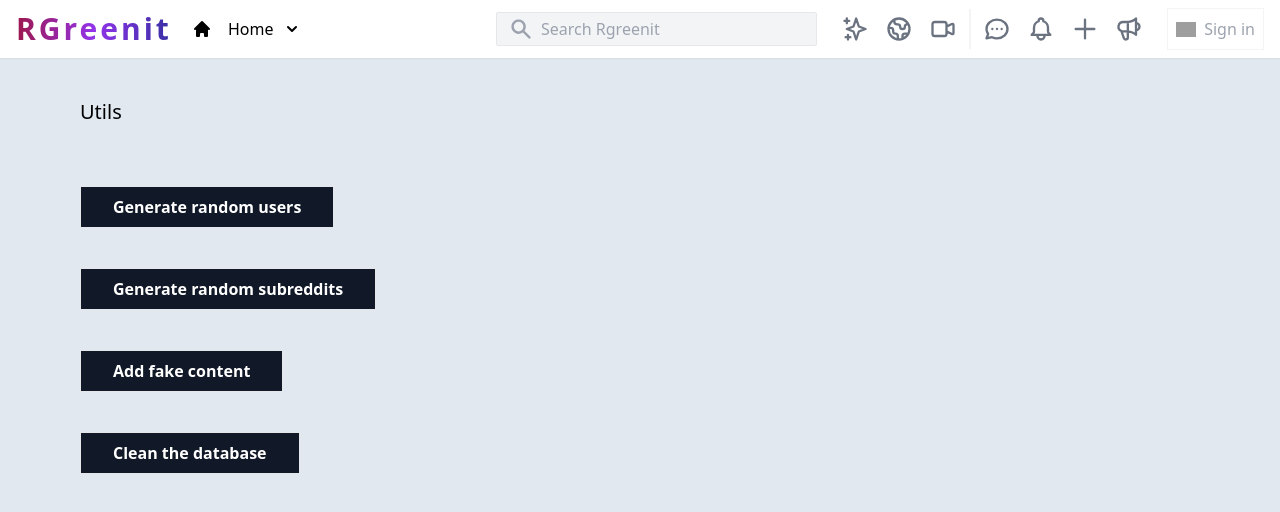
Repository: ITDevSolution/RGreen-it
Page: /utils
An editor plug-in stored every save of this project. The page is shown before and after the next save, followed by the edit.
The browser window is 1280 px wide. The pictures show the whole page.
Pictures or frames that could not be fetched are drawn as grey boxes. The page's requests for data from a server got no answer. The project was rebuilt for these pictures with package versions that can differ from the ones it lists, and the page was loaded fresh each time. The framework's server and built-in components were replaced by stand-ins that run in the browser. No one was signed in, and anything a server would have sent is missing. Also part of the build but not shown: next.config.js.

Above is the page before, as saved 2022-07-08 12:39:10.

### pages/_app.js
import "../styles/globals.css"
import { SessionProvider } from "next-auth/react"
import Header from "components/Header"

import { Toaster } from "react-hot-toast"

function MyApp({ Component, pageProps: { session, ...pageProps } }) {
  return (
    <SessionProvider session={session}>
      <Toaster />
      <div className="h-screen overflow-y-scroll bg-slate-200 ">
        <Header />
        <Component {...pageProps} />
      </div>
    </SessionProvider>
  )
}

export default MyApp

### pages/utils.js
import React from "react"

export default function Utils() {
  const tasks = [
    { task: "generate_users", description: "Generate random users" },
    { task: "generate_subreddits", description: "Generate random subreddits" },
    { task: "add_fake_content", description: "Add fake content" },
    { task: "clean_database", description: "Clean the database" },
  ]

  const Button = ({ task }) => (
    <div className="flex-1 mb-5">
      <button
        onClick={async () => {
          await fetch("/api/utils", {
            body: JSON.stringify({
              task: task.task,
            }),
            headers: {
              "Content-Type": "application/json",
            },
            method: "POST",
          })
        }}
        className="border px-8 py-2 mt-5 mr-8 font-bold rouned-full bg-gray-900 text-white"
      >
        {task.description}
      </button>
    </div>
  )
  return (
    <div className="mt-10  ml-20">
      <h2 className="mb-10 text-xl">Utils</h2>
      {tasks.map((task, index) => (
        <Button key={index} task={task} />
      ))}
    </div>
  )
}

### styles/globals.css
@tailwind base;
@tailwind components;
@tailwind utilities;

@layer components {
    .icon{
        @apply h-9 w-6 lg:w-9 cursor-pointer rounded-sm lg:p-1 lg:hover:bg-gray-100
    }

    .voteButtons {
        @apply h-6 w-6 hover:bg-gray-200 p-1 rounded-md
    }

    .postButtons {
        @apply flex items-center space-x-1 text-sm font-light p-2 hover:bg-gray-100 cursor-pointer rounded-sm
    }
}

### components/Header.js
import Image from "next/image"
import React from "react"
import {
  ChevronDownIcon,
  HomeIcon,
  MenuIcon,
  SearchIcon,
} from "@heroicons/react/solid"
import {
  BellIcon,
  ChatIcon,
  GlobeIcon,
  PlusIcon,
  SparklesIcon,
  SpeakerphoneIcon,
  VideoCameraIcon,
} from "@heroicons/react/outline"
import { signIn, signOut, useSession } from "next-auth/react"
import Link from "next/link"

function Header() {
  const { data: session, status } = useSession()

  return (
    <div className="sticky inset-x-0 top-0 z-50 flex items-center justify-between bg-white px-4 py-2 shadow-sm  ">
      {/* logo */}
      <div className="flex grow-0 basis-1/3 h-10 w-20 flex-shrink-0 cursor-pointer mr-16 md:justify-start justify-center ">
        <Link href={`/`}>
          {/* <Image
            src={`https://res.cloudinary.com/joeloff-dev/image/upload/v1656506700/Reddit_logo_new.svg_mxmb5x.png`}
            layout="fill"
            objectFit="contain"
          /> */}
          <a className="my-auto flex w-[140px] md:ml-0">
            <span className="bg-gradient-to-r from-pink-800 via-purple-600 to-indigo-800 bg-clip-text align-middle text-3xl font-black tracking-widest text-transparent ">
              RGreenit
            </span>
          </a>
        </Link>
        {/* Home */}
        <div className="hidden mx-7 md:flex md:ml-2 gap-2 items-center md:px-7">
          <HomeIcon className="h-5 w-5" />
          <p className="ml-2 hidden flex-1 lg:inline">Home</p>
          <ChevronDownIcon className="h-5 w-5" />
        </div>
      </div>

      {/* Search box */}
      <form className="hidden md:flex md:flex-1 items-center space-x-2 rounded-sm border border-gray-200 bg-gray-100 px-3 py-1 ">
        <SearchIcon className="h-6 w-6 text-gray-400" />
        <input
          type="text"
          placeholder="Search Rgreenit"
          className="flex-1 bg-transparent outline-none"
        />
        <button type="submit" hidden></button>
      </form>
      {/* User Action icons */}
      <div className="hidden lg:inline-flex text-gray-500 space-x-2 items-center mx-5">
        <SparklesIcon className="icon" />
        <GlobeIcon className="icon" />
        <VideoCameraIcon className="icon" />
        <hr className="h-10 border border-gray-100" />
        <ChatIcon className="icon" />
        <BellIcon className="icon" />
        <PlusIcon className="icon" />
        <SpeakerphoneIcon className="icon" />
      </div>
      {/* Menu mobile */}
      <div className="flex lg:hidden pl-4">
        <MenuIcon className="icon" />
      </div>

      {/* Sign in / Sign Out button */}
      {session ? (
        <div
          onClick={() => signOut()}
          className="hidden lg:flex items-center space-x-2 border border-gray-100 p-2 cursor-pointer"
        >
          {/* wrap Image */}
          <div className="relative h-5 w-5 flex-shrink-0">
            <Image
              src={`https://res.cloudinary.com/joeloff-dev/image/upload/v1656522740/reddit-icon-robot_sell1a.png`}
              layout="fill"
              objectFit="contain"
            />
          </div>
          {/* text signin */}
          <div className="flex-1 text-xs">
            <p className="truncate">{session?.user?.name}</p>
            <p className="text-gray-400">1 Karma</p>
          </div>
          <ChevronDownIcon className="h-5 flex-shrink-0 text-gray-400" />
        </div>
      ) : (
        <div
          onClick={() => signIn()}
          className="hidden lg:flex items-center space-x-2 border border-gray-100 p-2 cursor-pointer"
        >
          {/* wrap Image */}
          <div className="relative h-5 w-5 flex-shrink-0">
            <Image
              src={`https://res.cloudinary.com/joeloff-dev/image/upload/v1656522740/reddit-icon-robot_sell1a.png`}
              layout="fill"
              objectFit="contain"
            />
          </div>
          {/* text signin */}
          <p className="text-gray-400">Sign in</p>
        </div>
      )}
    </div>
  )
}

export default Header

Loaded but not shown: tailwind.config.js (common file)

After the next save:
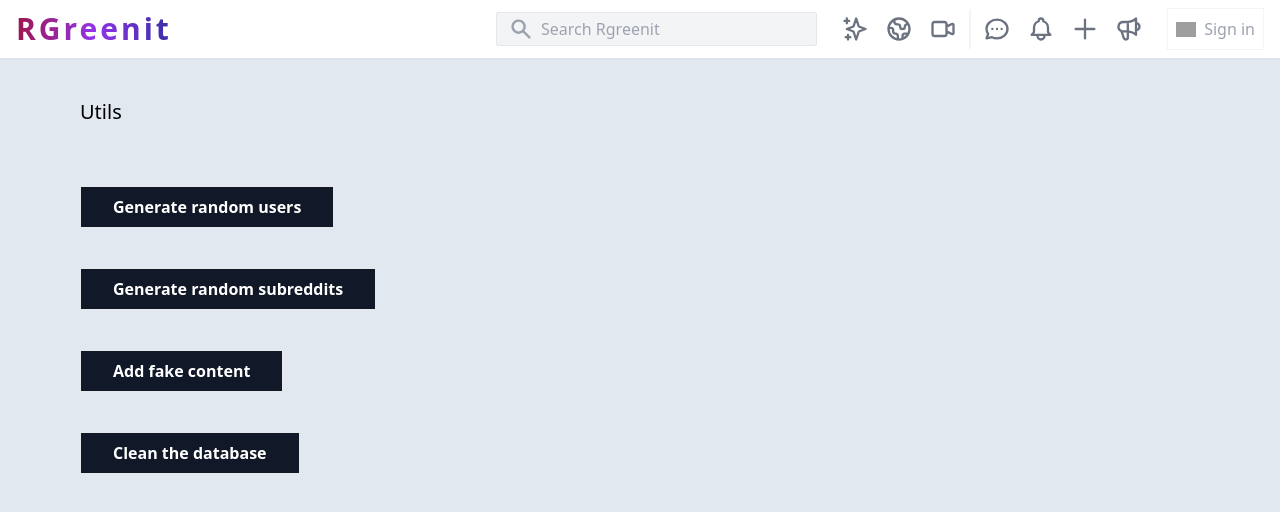
Saved 65 s later.
--- a/components/Header.js
+++ b/components/Header.js
@@ -38,11 +38,6 @@
           </a>
         </Link>
         {/* Home */}
-        <div className="hidden mx-7 md:flex md:ml-2 gap-2 items-center md:px-7">
-          <HomeIcon className="h-5 w-5" />
-          <p className="ml-2 hidden flex-1 lg:inline">Home</p>
-          <ChevronDownIcon className="h-5 w-5" />
-        </div>
       </div>
 
       {/* Search box */}

After the save that followed:
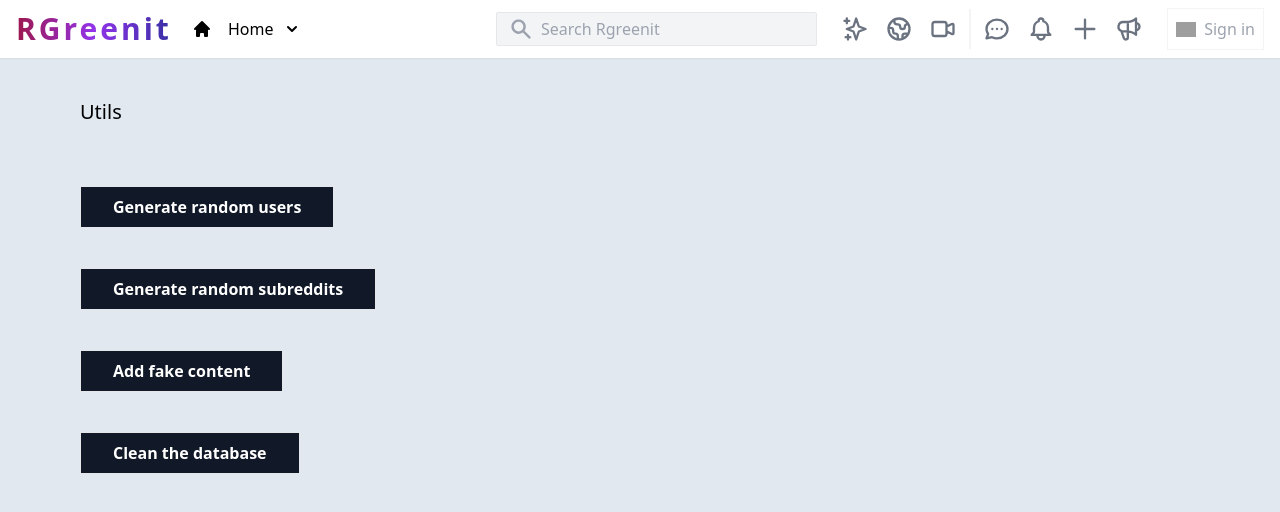
Saved 6 s later.
--- a/components/Header.js
+++ b/components/Header.js
@@ -38,6 +38,11 @@
           </a>
         </Link>
         {/* Home */}
+        <div className="hidden mx-7 md:flex md:ml-2 gap-2 items-center md:px-7">
+          <HomeIcon className="h-5 w-5" />
+          <p className="ml-2 hidden flex-1 lg:inline">Home</p>
+          <ChevronDownIcon className="h-5 w-5" />
+        </div>
       </div>
 
       {/* Search box */}
